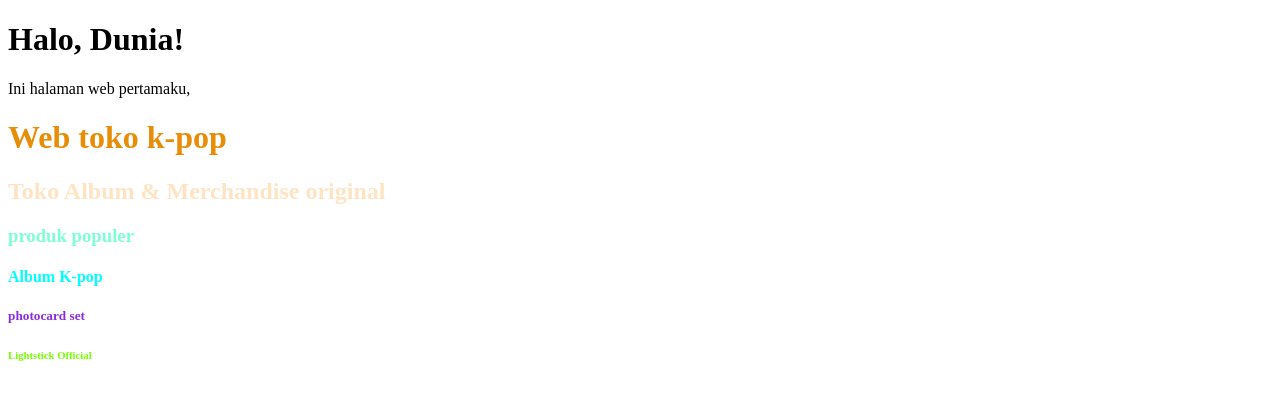
Repository: sekartazivi/241552010020-Web-Application-Development
Page: test.html
The author's editor kept a copy of each file at every save. The page is drawn from the files as they stood at one save, then again after a run of saves.
The browser window is 1280 px wide. The pictures show the whole page.

Above is the page before, as saved 2026-02-20 08:39:21.

After the next 2 saves:
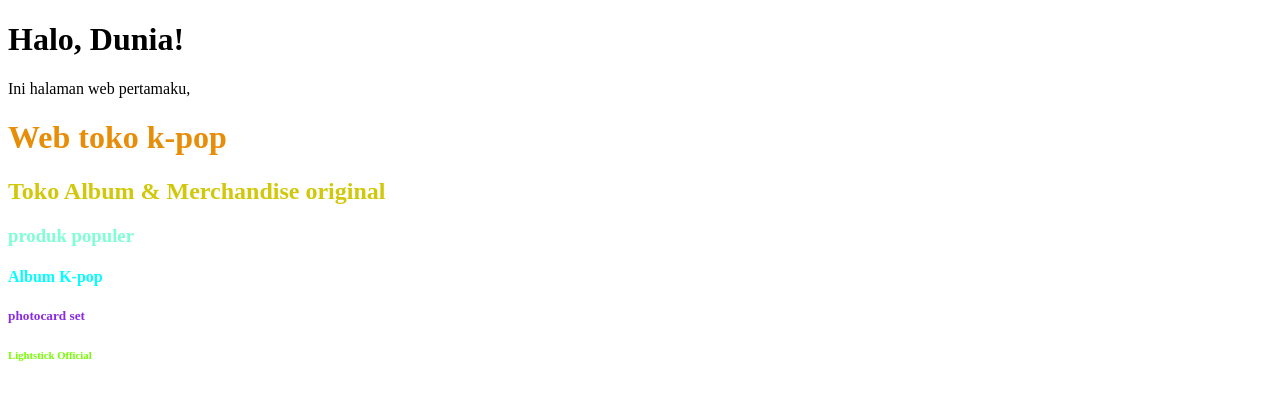
The 2 saves are shown as one change because they came seconds apart.
The last was saved 16 s later.
--- a/test.html
+++ b/test.html
@@ -9,7 +9,7 @@
     <h1 style="color: black;">Halo, Dunia!</h1>
     <p>Ini halaman web pertamaku,</p>
     <h1 style="color: rgb(231, 141, 8);">Web toko k-pop</h1>
-    <h2 style="color: bisque;">Toko Album & Merchandise original</h2>
+    <h2 style="color: rgb(210, 200, 11);">Toko Album & Merchandise original</h2>
     <h3 style="color: aquamarine;" >produk populer</h3>
     <h4 style="color: aqua;" >Album K-pop</h4>
     <h5 style="color: blueviolet;">photocard set</h5>
